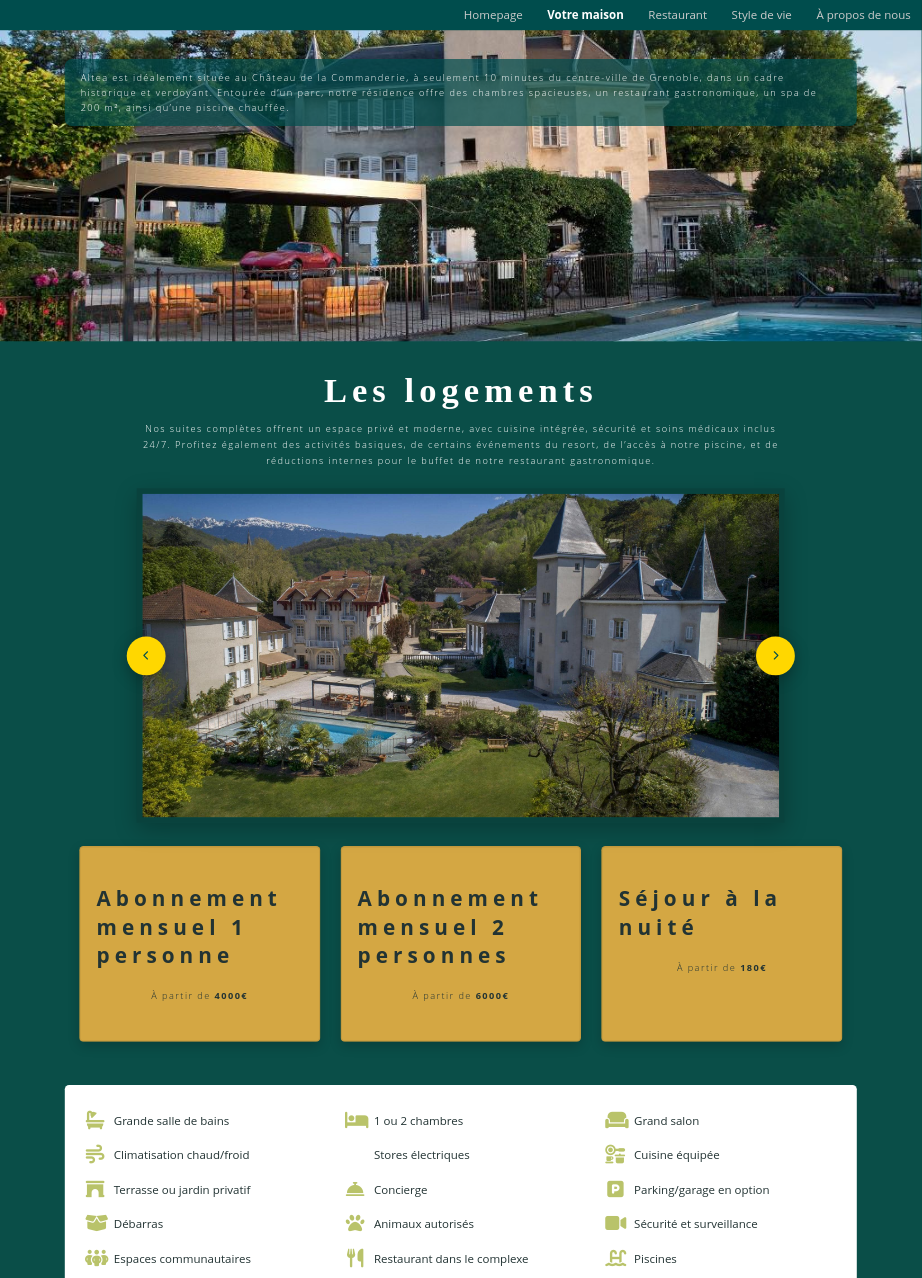
Repository: Rahimzeeeer/alteaaaa
Page: maison.html
The author's editor kept a copy of each file at every save. The page is drawn from the files as they stood at one save, then again after the next save.
The browser window is 1280 px wide. The pictures show the part of the page from y = 0 to 1775 px (the page is 3166 px tall before and 3056 px after), at 72% of full size.
A picture or video elsewhere on the page could not be fetched, so the positions and the page height are approximate.

Above is the page before, as saved 2025-08-12 17:06:15.

### maison.html
<!DOCTYPE html>
<html lang="fr">
<head>
  <meta charset="UTF-8" />
  <meta name="viewport" content="width=device-width, initial-scale=1.0"/>
  <title>Votre maison – Altea</title>
  <link rel="stylesheet" href="style.css" />
  <link rel="stylesheet" href="https://cdnjs.cloudflare.com/ajax/libs/font-awesome/6.5.0/css/all.min.css"/>
</head>
<body>

  <!-- Navbar -->
  <header>
    <nav class="navbar">
      <ul>
        <li><a href="index.html">Homepage</a></li>
        <li><a href="maison.html" class="active">Votre maison</a></li>
        <li><a href="restaurant.html">Restaurant</a></li>
        <li><a href="style.html">Style de vie</a></li>
        <li><a href="apropos.html">À propos de nous</a></li>
      </ul>
    </nav>
  </header>

  <!-- Bandeau visuel + encart -->
  <section class="cover-banner" style="--cover:url('images/maison/cover.jpg')">
    <p class="cover-bubble">
      Altea est idéalement située au Château de la Commanderie, à seulement 10 minutes du centre-ville de Grenoble,
      dans un cadre historique et verdoyant. Entourée d’un parc, notre résidence offre des chambres spacieuses,
      un restaurant gastronomique, un spa de 200 m², ainsi qu’une piscine chauffée.
    </p>
  </section>

  <!-- Titre + intro -->
  <section class="lodging-intro">
    <h1>Les logements</h1>
    <p>
      Nos suites complètes offrent un espace privé et moderne, avec cuisine intégrée, sécurité et soins médicaux inclus 24/7.
      Profitez également des activités basiques, de certains événements du resort, de l’accès à notre piscine, et de
      réductions internes pour le buffet de notre restaurant gastronomique.
    </p>

    <!-- Visuel principal / carrousel (statique pour l’instant) -->
    <div class="lodging-hero">
      <button class="slide-btn prev"><i class="fa-solid fa-chevron-left"></i></button>
      <img src="images/maison/slider-1.jpg" alt="Résidence Altea" />
      <button class="slide-btn next"><i class="fa-solid fa-chevron-right"></i></button>
    </div>

    <!-- Cartes tarifs -->
    <div class="price-cards">
      <article class="price-card">
        <h3>Abonnement mensuel 1 personne</h3>
        <p class="price-note">À partir de <strong>4000€</strong></p>
      </article>
      <article class="price-card">
        <h3>Abonnement mensuel 2 personnes</h3>
        <p class="price-note">À partir de <strong>6000€</strong></p>
      </article>
      <article class="price-card">
        <h3>Séjour à la nuité</h3>
        <p class="price-note">À partir de <strong>180€</strong></p>
      </article>
    </div>
  </section>

  <!-- Équipements (panneau blanc) -->
  <section class="features-panel">
    <div class="features-grid">
      <div class="feature"><i class="fa-solid fa-bath"></i> Grande salle de bains</div>
      <div class="feature"><i class="fa-solid fa-bed"></i> 1 ou 2 chambres</div>
      <div class="feature"><i class="fa-solid fa-couch"></i> Grand salon</div>

      <div class="feature"><i class="fa-solid fa-wind"></i> Climatisation chaud/froid</div>
      <div class="feature"><i class="fa-solid fa-shutters"></i> Stores électriques</div>
      <div class="feature"><i class="fa-solid fa-kitchen-set"></i> Cuisine équipée</div>

      <div class="feature"><i class="fa-solid fa-archway"></i> Terrasse ou jardin privatif</div>
      <div class="feature"><i class="fa-solid fa-bell-concierge"></i> Concierge</div>
      <div class="feature"><i class="fa-solid fa-square-parking"></i> Parking/garage en option</div>

      <div class="feature"><i class="fa-solid fa-box-open"></i> Débarras</div>
      <div class="feature"><i class="fa-solid fa-paw"></i> Animaux autorisés</div>
      <div class="feature"><i class="fa-solid fa-video"></i> Sécurité et surveillance</div>

      <div class="feature"><i class="fa-solid fa-people-group"></i> Espaces communautaires</div>
      <div class="feature"><i class="fa-solid fa-utensils"></i> Restaurant dans le complexe</div>
      <div class="feature"><i class="fa-solid fa-water-ladder"></i> Piscines</div>

      <div class="feature"><i class="fa-solid fa-house-medical"></i> Pôle médical & beauté</div>
      <div class="feature"><i class="fa-solid fa-suitcase-medical"></i> Assistance 24/7</div>
      <div class="feature"><i class="fa-solid fa-seedling"></i> Cadre verdoyant</div>
    </div>
  </section>

  <!-- Texte + galerie à légendes -->
  <section class="lodging-gallery">
    <div class="lg-text">
      <p>
        Tous les appartements pour séniors sont dotés d’un salon, d’une cuisine entièrement équipée et d’une
        chambre. Vous pouvez choisir parmi différentes catégories, qui varient en fonction de leur emplacement,
        de leur agencement et de leur superficie.
      </p>
    </div>
    <div class="lg-grid">
      <figure class="lg-item">
        <img src="images/maison/lit-senior.png" alt="Lit senior électrique" />
        <figcaption>Lit senior électrique</figcaption>
      </figure>
      <figure class="lg-item">
        <img src="images/maison/cuisine.webp" alt="Cuisine et salle à manger" />
        <figcaption>Cuisine et salle à manger</figcaption>
      </figure>
      <figure class="lg-item">
        <img src="images/maison/chambre.jpg" alt="Chambre lumineuse" />
        <figcaption>Chambre lumineuse</figcaption>
      </figure>
    </div>
  </section>

</body>
</html>

### style.css
/* =========================
   Variables & reset
========================= */
:root{
  --green: #0a4e48;      /* vert profond (fond global) */
  --teal:  #004d4d;      /* navbar / boutons */
  --gold:  gold;         /* accents dorés */
  --ink:   #233;         /* texte sombre sur fond clair */
  --white: #fff;
}

*{ box-sizing: border-box; }

/* ===== Fonts ===== */
/* Exemple : Serif pour titres et Sans-serif pour le reste */
@import url('https://fonts.googleapis.com/css2?family=Merriweather:wght@400;700&family=Open+Sans:wght@400;600&display=swap');


/* Titres en serif */
h1, h2, h3, .section-title {
  font-family: 'Open sans', serif;
  letter-spacing: 7px;
  font-size: 2.5rem; /* plus grand */
}

h1{
  font-size: 3rem; /* plus grand */
}
h2{
  font-size: 2rem; /* plus grand */
}

h3{
  font-size: 1.8rem; /* plus grand */
}

h4{
  font-size: 1rem; /* plus grand */
}
p{
  font-size: 0.8rem; /* plus grand */
}


p, span{
  font-family: 'Open sans', sans-serif;
  letter-spacing: 2px;
  font-weight : lighter
}



body{
  margin: 0;
  font-family: 'Open Sans', sans-serif;
  background-color: var(--green);
  color: var(--white);
}

/* Texte vert sur fond jaune */
.gold-bg {
    background-color: #d4a949;
    color: #004d40; /* Vert foncé élégant */
}

.gold-bg h2,
.gold-bg h3,
.gold-bg p {
    color: #004d40;
}


/* =========================
   Navbar
========================= */
.navbar{
  background-color: var(--teal);
  padding: 10px 0;
  text-align: right;
  box-shadow: 0 2px 8px rgba(0,0,0,0.3);
}
.navbar ul{ list-style: none; margin: 0; padding: 0; }
.navbar li{ display: inline-block; margin: 0 15px; }
.navbar a{
  color: #ccc;
  text-decoration: none;
  font-size: 16px;
  transition: color .3s ease;
}
.navbar a:hover,
.navbar a.active{ color: var(--white); }
.navbar a.active{ font-weight: bold; }

/* =========================
   Hero
========================= */
.hero {
  position: relative;
  width: 100%;
  height: 90vh;
  display: flex;
  align-items: center;
  justify-content: center;
}

.hero-image {
  position: absolute; inset: 0;
  width: 100%; height: 100%;
  object-fit: cover; z-index: -1;
  filter: brightness(0.8);
  transform: scale(1.03);
}

/* === Homepage hero refinements === */
.hero-content {
  width: 100%;
  height: 100%;
  display: flex;
  flex-direction: column;
  justify-content: flex-start;
  align-items: center;
  padding-top: 2vh; /* valeur réduite = logo monte */
  text-align: center;
  color: var(--white);
}


.hero-logo {
  max-width: 280px; /* taille augmentée */
}


.hero-welcome {
  font-family: 'Open sans', serif;
  letter-spacing: 10px;
  text-transform: uppercase;
  font-size: 2rem; /* plus grand pour un effet prestige */
  opacity: 0.9;
  margin-bottom: 8px;
}


.hero-buttons {
  position: absolute;
  bottom: 24px;
  margin: 0;
}

.hero-buttons .btn {
  display: inline-block;
  background-color: var(--green);
  color: var(--gold);
  padding: 10px 16px;
  margin: 10px;
  font-weight: lighter;
  text-decoration: none;
  border-radius: 4px;
  transition: filter 0.3s, transform 0.3s;
  font-size: 1em;
  border: 1px solid rgba(0,0,0,0.1);
  font-family: 'Open sans'seif;
  letter-spacing: 5px;
}

.hero-buttons .btn:hover {
  filter: brightness(1.05);
  transform: translateY(-1px);
}


/* =========================
   Catégories
========================= */
.section-title{
  text-align: center;
  font-size: 2rem;
  margin: 30px 0;
  color: var(--white);
  font-weight: lighter;
}
.category-grid{
  display: grid;
  grid-template-columns: repeat(3, 1fr);
  gap: 15px;
  max-width: 1000px;
  margin: 0 auto;
}
.category-item{ position: relative; overflow: hidden; }
.category-item img{ width: 100%; display: block; }
.category-item span{
  position: absolute; left: 50%; bottom: 10px;
  transform: translateX(-50%);
  background-color: rgba(0,77,77,.8);
  color: var(--white);
  padding: 6px 12px;

  border-radius: 4px;
}

/* =========================
   Notre resort
========================= */
.resort{
  max-width: 1000px;
  margin: 50px auto;
  padding: 20px;
  color: var(--white);
  text-align: center;
}
.resort-text h2{ font-size: 2em; margin: 0 0 10px; }
.resort-text p{ margin: 15px 0; line-height: 1.5; }
.btn-gold{
  background-color: var(--gold);
  color: var(--teal);
  padding: 8px 14px;
  text-decoration: none;
  font-weight: bold;
  border-radius: 20px;

}
.resort-video video{
  margin-top: 20px;
  width: 100%;
  border-radius: 8px;
}

/* =========================
   Actualités
========================= */
.actualites{
  padding: 40px;
  text-align: center;
  background-color: var(--teal);
  color: var(--white);
}
.actus-grid{
  display: grid;
  grid-template-columns: repeat(3, 1fr);
  padding: 0 50px; /* marge interne gauche/droite */
  gap: 20px;
}
.actus-item{
  background: transparent;
  border: 1px solid var(--gold);
  position: relative;
}
.actus-item img{
  width: 100%;
  height: 300px;         /* taille uniforme */
  object-fit: cover;     /* recadrage propre */
  border-bottom: 2px solid var(--gold);
}
.actus-item h3,p{
  text-align: left;
  padding: 0 30px;
}
.plus-btn{
  position: absolute; bottom: 10px; right: 10px;
  background-color: var(--gold);
  color: var(--teal);
  font-weight: bold;
  border-radius: 50%;
  padding: 5px 10px;
  cursor: pointer;
}

/* =========================
   Avis (fond flou en arrière-plan)
========================= */
.avis{
  position: relative;
  overflow: hidden;
  min-height: 100vh;                    /* ≈ une page */
  display: flex; flex-direction: column;
  justify-content: center; align-items: center;
  padding: 60px 20px;
  text-align: center;
  color: var(--white);
}
.avis::before{
  content: "";
  position: absolute; inset: 0;
  background: url('images/index/avisbg.png') center/cover no-repeat;
  filter: brightness(0.6);
  transform: scale(1.03);
  z-index: 0;
}
.avis > *{ position: relative; z-index: 1; }
.avis h2{ margin-bottom: 24px; font-size: 2.2rem; }
.avis-container{
  display: flex; justify-content: center; flex-wrap: wrap;
  gap: 40px;
}
.avis-item{ max-width: 360px; font-style: italic; }

/* =========================
   Nous contacter
========================= */
.contact{
  background-color: #d4a743;  /* fond or/moutarde */
  padding: 60px 20px;
  color: var(--ink);
  text-align: center;
}

.contact h3 {
  text-align: left;
  font-size: 1.8rem;

}

.contact-grid{
  max-width: 1000px; margin: 0 auto;
  display: grid; grid-template-columns: repeat(3, 1fr);
  gap: 24px;
}
.contact-box{
  background: rgba(255,255,255,.02);
  border: 2px solid var(--green);
  border-radius: 8px;
  padding: 24px;
  min-height: 220px;
  box-shadow: 0 2px 6px rgba(0,0,0,.08);
}
.contact-box h3{
  margin: 0 0 12px;
  font-weight: 700;
}

/* =========================
   Responsive
========================= */
@media (max-width: 900px){
  .category-grid{ grid-template-columns: 1fr 1fr; }
  .actus-grid{ grid-template-columns: 1fr; }
  .contact-grid{ grid-template-columns: 1fr; }
  .hero{ height: 70vh; }
}


/* =========================
   Votre maison
========================= */

/* Bandeau haut avec encart */
.cover-banner{
  position: relative;
  width: 100%;
  height: 60vh;
  background: var(--green);
  display: flex;
  align-items: flex-start;
  justify-content: center;
  padding-top: 40px;
}
.cover-banner::before{
  content: "";
  position: absolute; inset: 0;
  background: var(--green) center/cover no-repeat;
  background-image: var(--cover);

  z-index: 0;
}
.cover-bubble{
  position: relative;
  z-index: 1;
  max-width: 1100px;
  margin: 0 20px;
  background: rgba(0,77,77,.7);
  color: var(--white);
  padding: 16px 22px;
  border-radius: 10px;
  line-height: 1.6;
}

/* Intro + titre + grand visuel */
.lodging-intro{
  max-width: 1100px;
  margin: 40px auto 20px;
  padding: 0 20px;
}
.lodging-intro h1{
  font-family: 'Merriweather', serif;
  font-size: 3rem;
  text-align: center;
  margin: 10px 0 16px;
}
.lodging-intro p{
  text-align: center;
  line-height: 1.7;
  max-width: 980px;
  margin: 0 auto 28px;
}
.lodging-hero{
  position: relative;
  max-width: 900px;
  margin: 0 auto 32px;
  border: 8px solid rgba(0,0,0,.15);
  box-shadow: 0 10px 30px rgba(0,0,0,.25);
}
.lodging-hero img{
  display: block;
  width: 100%;
  height: auto;
}
.slide-btn{
  position: absolute; top: 50%; transform: translateY(-50%);
  width: 54px; height: 54px; border: none; cursor: pointer;
  border-radius: 50%;
  background: var(--gold);
  color: var(--teal);
  display: grid; place-items: center;
  box-shadow: 0 6px 20px rgba(0,0,0,.25);
}
.slide-btn.prev{ left: -22px; }
.slide-btn.next{ right: -22px; }

/* Tarifs */
.price-cards{
  display: grid;
  grid-template-columns: repeat(3, 1fr);
  gap: 28px;
  margin: 26px auto 10px;
  max-width: 1100px;
}
.price-card{
  background: #d4a743;
  color: var(--ink);
  padding: 22px;
  border-radius: 6px;
  box-shadow: 0 6px 16px rgba(0,0,0,.18);
  border: 2px solid rgba(0,0,0,.08);
}

.price-note{ margin: 0; }

/* Panneau des équipements (blanc) */
.features-panel{
  background: var(--white);
  color: var(--ink);
  margin: 60px auto;
  max-width: 1100px;
  border-radius: 6px;
  padding: 36px 28px;
}
.features-grid{
  display: grid;
  grid-template-columns: repeat(3, 1fr);
  gap: 22px 40px;
}
.feature{
  display: flex; align-items: center; gap: 12px;
  font-size: 1rem;
}
.feature i{
  color: #b9c36a;          /* vert jaunâtre comme sur la maquette */
  font-size: 26px;
  width: 28px; text-align: center;
}

/* Texte + galerie à légendes */
.lodging-gallery{
  max-width: 1100px; margin: 40px auto 80px; padding: 0 20px;
  display: grid; grid-template-columns: 1fr 1.2fr; gap: 28px;
}
.lg-text p{ line-height: 1.8; margin: 0; }
.lg-grid{
  display: grid; gap: 22px;
}
.lg-item{
  background: rgba(255,255,255,.06);
  border: 1px solid rgba(255,255,255,.15);
}
.lg-item img{ display: block; width: 100%; height: auto; }
.lg-item figcaption{
  text-align: center;
  padding: 12px 10px;
  font-family: 'Merriweather', serif;
  border-top: 1px solid rgba(255,255,255,.15);
}

/* Responsive */
@media (max-width: 1000px){
  .price-cards{ grid-template-columns: 1fr; }
  .features-grid{ grid-template-columns: 1fr 1fr; }
  .lodging-gallery{ grid-template-columns: 1fr; }
  .slide-btn.prev{ left: 8px; } .slide-btn.next{ right: 8px; }
}
@media (max-width: 640px){
  .cover-banner{ height: 50vh; }
  .cover-bubble{ font-size: .95rem; }
  .lodging-intro h1{ font-size: 2.2rem; }
  .features-grid{ grid-template-columns: 1fr; }
}



/* ===== Restaurant ===== */

/* HERO */
.resto-hero {
  position: relative;
  height: 70vh;
  overflow: hidden;
}
.resto-hero img {
  width: 100%;
  height: 100%;
  object-fit: cover;
  filter: brightness(0.75);
}
.resto-hero-content {
  position: absolute;
  top: 50%;
  left: 50%;
  transform: translate(-50%, -50%);
  text-align: center;
  color: white;
}
.resto-hero-content h1 {
  font-size: 3rem;
  margin-bottom: 20px;
  font-family: 'Merriweather', serif;
}
.btn {
  display: inline-block;
  padding: 12px 24px;
  text-decoration: none;
  border-radius: 5px;
  font-weight: bold;
}
.btn-teal { background-color: #004d40; color: white; }
.btn-gold { background-color: #d4a743; color: #004d40; }
.btn:hover { filter: brightness(1.1); }

/* UNE AVENTURE FRANÇAISE */
.resto-aventure {
  display: flex;
  flex-wrap: wrap;
  gap: 20px;
  padding: 50px 5%;
  background-color: #004d40;
  color: white;
}


.aventure-images {
  flex: 1;
  display: flex;
  flex-direction: column;
  gap: 20px;
}
.aventure-images img {
  width: 100%;
  border-radius: 8px;
  object-fit: cover;
}
.aventure-text {
  flex: 1;
}
.aventure-text h2 {
  font-family: 'Merriweather', serif;
  color: #d4a743;
  margin-bottom: 20px;
}
.aventure-text p {
  margin-bottom: 20px;
  line-height: 1.6;
}

/* HORAIRES */
.resto-horaires {
  display: flex;
  flex-wrap: wrap;
  gap: 20px;
  padding: 50px 5%;
  background-color: #d4a743;
}
.horaires-images {
  flex: 1;
  display: flex;
  flex-direction: column;
  gap: 20px;
}
.horaires-images img {
  width: 100%;
  border-radius: 8px;
  object-fit: cover;
}
.horaires-text {
  flex: 1;
  display: flex;
  flex-direction: column;
  justify-content: center;
}
.horaires-text h3 {
  font-family: 'Merriweather', serif;
  margin-bottom: 20px;
  color: #004d40;
}
.horaires-text ul {
  margin-bottom: 20px;
  padding-left: 20px;
}
.horaires-text li {
  margin-bottom: 10px;
}

/* Responsive */
@media (max-width: 768px) {
  .resto-aventure, .resto-horaires {
    flex-direction: column;
  }
}


/* Couleurs de fond */
.gold-bg { background-color: #d4a949; padding: 60px 80px; }
.green-bg { background-color: #004d40; color: white; padding: 60px 80px; }

/* Titres */
.title {
    text-align: center;
    font-size: 2.5rem;
    margin-bottom: 40px;
}
.serif { font-family: 'Times New Roman', serif; }

/* Section sport */
.sport-grid {
    display: grid;
    grid-template-columns: repeat(2, 1fr);
    gap: 30px;
}
.sport-item img {
    width: 100%;
    height: 250px;
    object-fit: cover;
    border-radius: 6px;
}
.sport-item h3 {
    margin-top: 10px;
    font-size: 1.5rem;
}

/* Bien-être */
.wellness-grid {
    display: grid;
    grid-template-columns: 1fr 1.5fr;
    gap: 20px;
}
.wellness-grid .images {
    display: grid;
    grid-template-columns: repeat(2, 1fr);
    gap: 10px;
}
.wellness-grid img {
    width: 100%;
    height: 200px;
    object-fit: cover;
    border-radius: 6px;
}

/* Communauté */
.community-grid {
    display: grid;
    grid-template-columns: repeat(3, 1fr);
    gap: 30px;
    text-align: center;
}
.community-item img {
    width: 100%;
    height: 250px;
    object-fit: cover;
    border-radius: 6px;
}
.community-item h3 {
    margin-top: 15px;
    font-size: 1.4rem;
}

/* Premium */
.premium-text {
    text-align: center;
    margin-bottom: 40px;
}
.premium-grid {
    display: grid;
    grid-template-columns: 2fr 1fr 1fr;
    gap: 20px;
}
.premium-grid img {
    width: 100%;
    height: 300px;
    object-fit: cover;
    border-radius: 6px;
}

.gold-bg {
  background-color: #d4af37; /* jaune doré */
  color: #004d40; /* texte vert foncé */
}

.apropos {
  padding: 60px 5%;
}

.apropos h2 {
  font-family: serif;
  font-size: 2.5rem;
  text-align: center;
  margin-bottom: 50px;
}

.apropos-grid {
  display: flex;
  justify-content: space-between;
  gap: 30px;
}

.apropos-item {
  background-color: #004d40; /* vert foncé */
  color: white;
  border-radius: 8px;
  overflow: hidden;
  flex: 1;
  display: flex;
  flex-direction: column;
}

.apropos-item img {
  width: 100%;
  height: 250px;
  object-fit: cover;
}

.apropos-text {
  padding: 20px;
}

.apropos-text h3 {
  font-size: 1.4rem;
 color: white;
  margin-bottom: 10px;
  font-family: serif;
}

.apropos-text p,
.apropos-text ul {
  font-size: 0.95rem;
  color: white;
  line-height: 1.5;
}

.apropos-text ul {
  list-style-type: disc;
  padding-left: 20px;
}

@media (max-width: 900px) {
  .apropos-grid {
    flex-direction: column;
  }
}

After the next save:
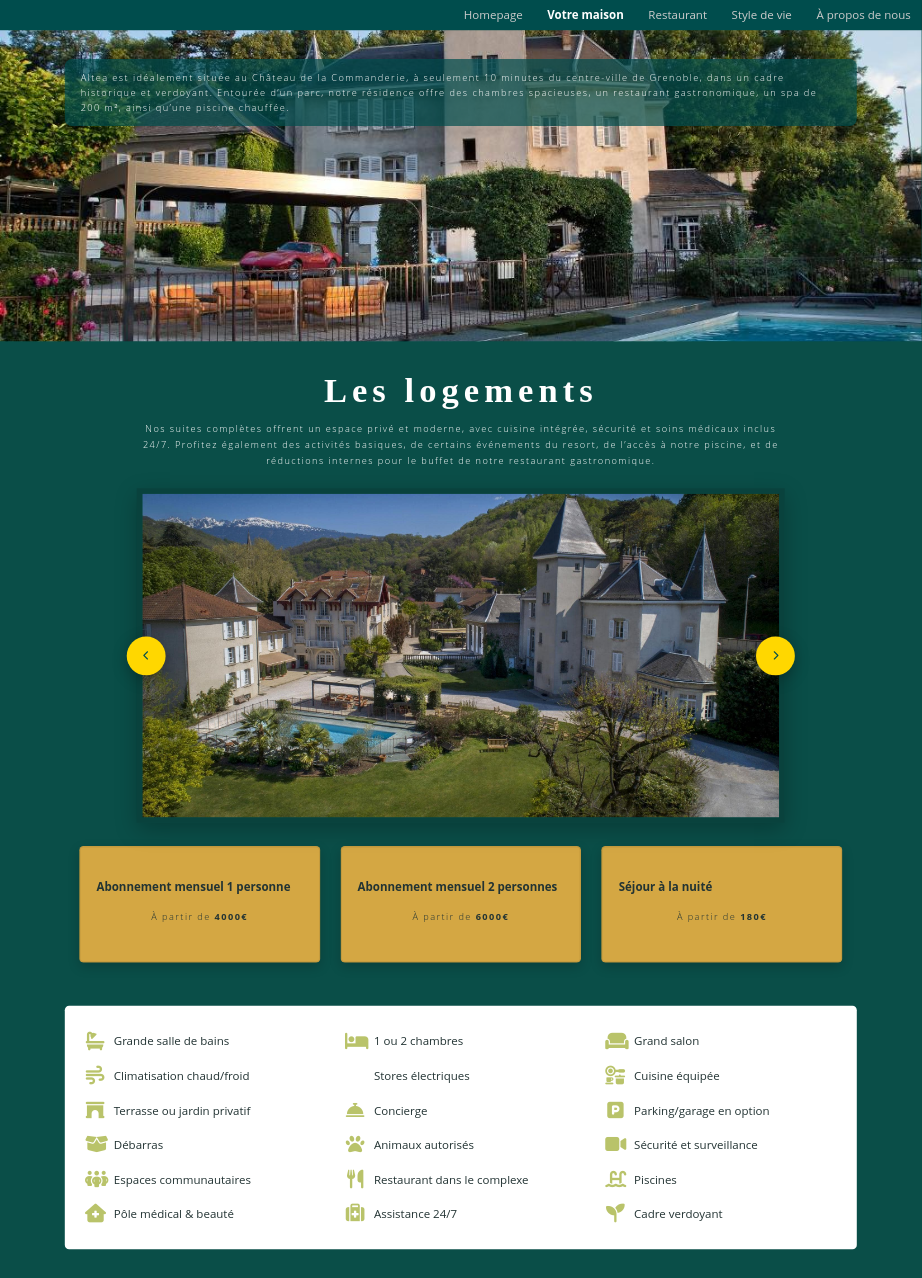
Saved 3 s later.
--- a/maison.html
+++ b/maison.html
@@ -50,15 +50,15 @@
     <!-- Cartes tarifs -->
     <div class="price-cards">
       <article class="price-card">
-        <h3>Abonnement mensuel 1 personne</h3>
+        <h4>Abonnement mensuel 1 personne</h4>
         <p class="price-note">À partir de <strong>4000€</strong></p>
       </article>
       <article class="price-card">
-        <h3>Abonnement mensuel 2 personnes</h3>
+        <h4>Abonnement mensuel 2 personnes</h4>
         <p class="price-note">À partir de <strong>6000€</strong></p>
       </article>
       <article class="price-card">
-        <h3>Séjour à la nuité</h3>
+        <h4>Séjour à la nuité</h4>
         <p class="price-note">À partir de <strong>180€</strong></p>
       </article>
     </div>
